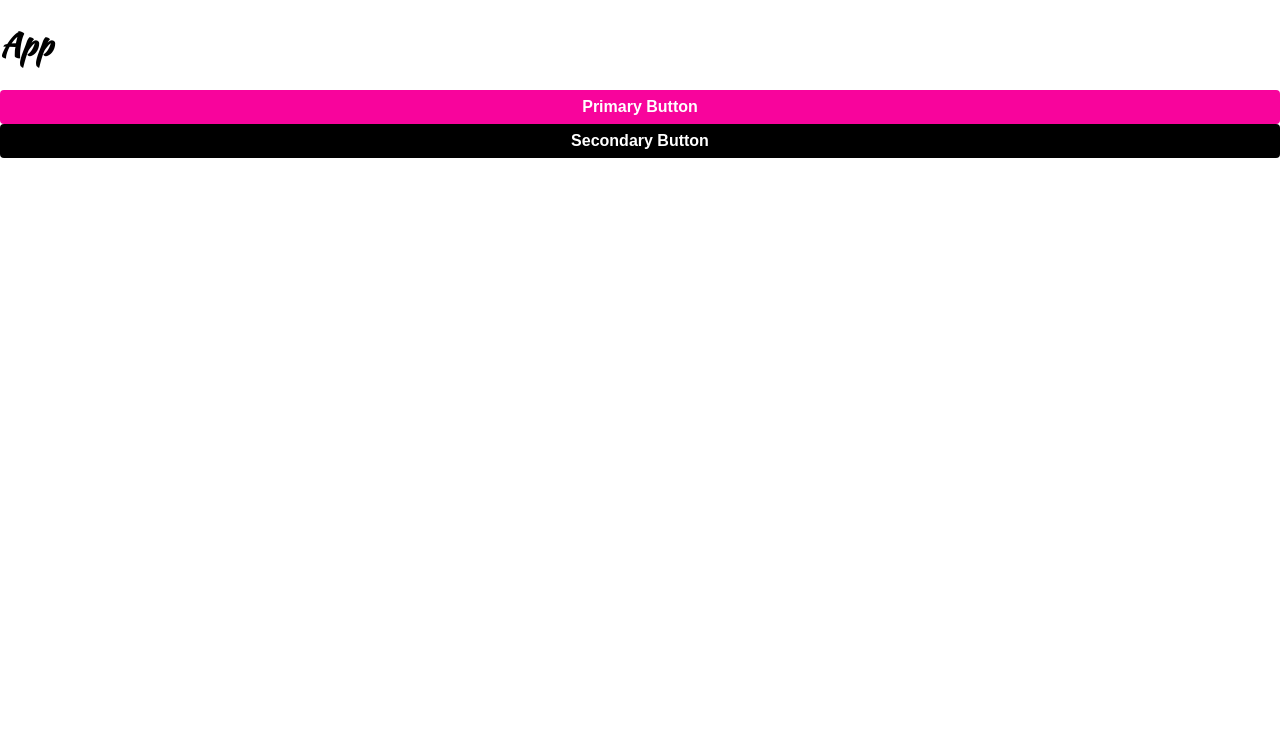
Repository: matehuslucena/styled-component-v5
Page: /
The author's editor kept a copy of each file at every save. The page is drawn from the files as they stood at one save, then again after the next save.
The browser window is 1280 px wide. The pictures show the whole page.
The project was rebuilt for these pictures with package versions that can differ from the ones it lists, and the page was loaded fresh each time.

Above is the page before, as saved 2022-02-08 20:38:11.

After the next save:
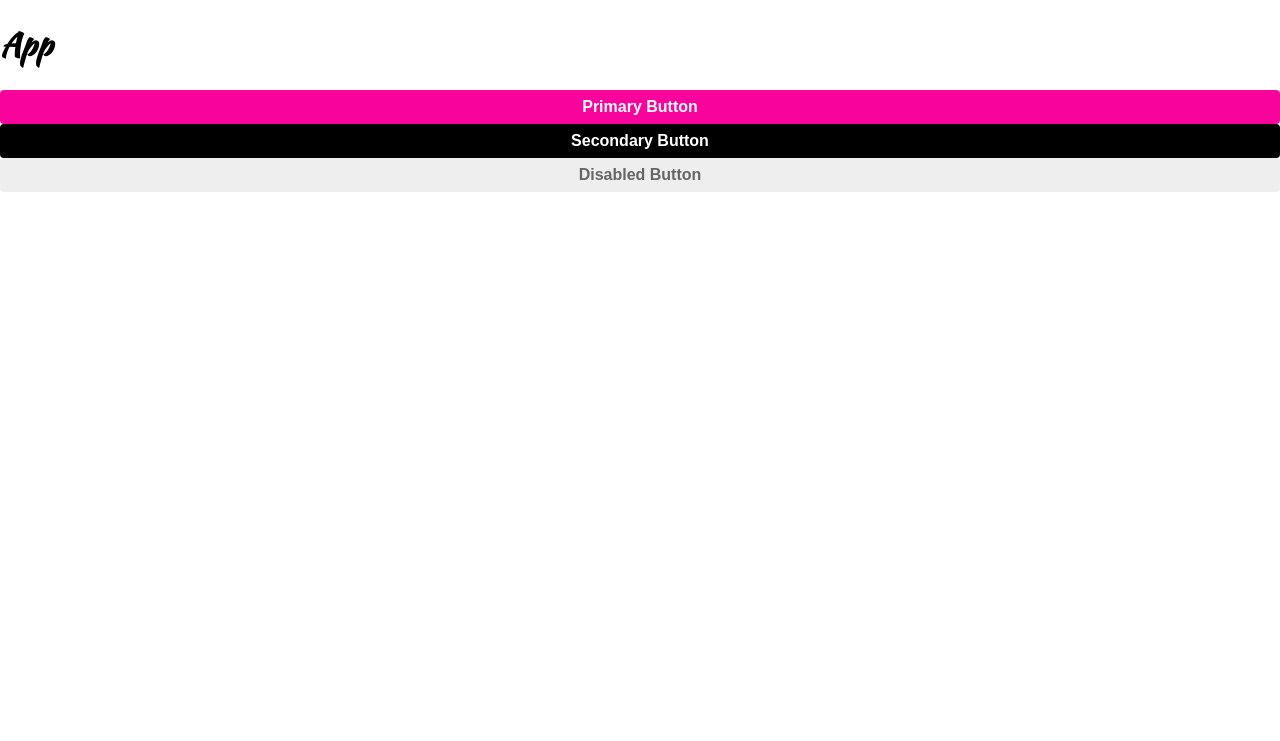
Saved 28 s later.
--- a/src/components/App.js
+++ b/src/components/App.js
@@ -19,6 +19,7 @@ function App() {
       <h1>App</h1>
       <Button>Primary Button</Button>
       <Button secondary>Secondary Button</Button>
+      <Button disabled>Disabled Button</Button>
     </>
   );
 }
